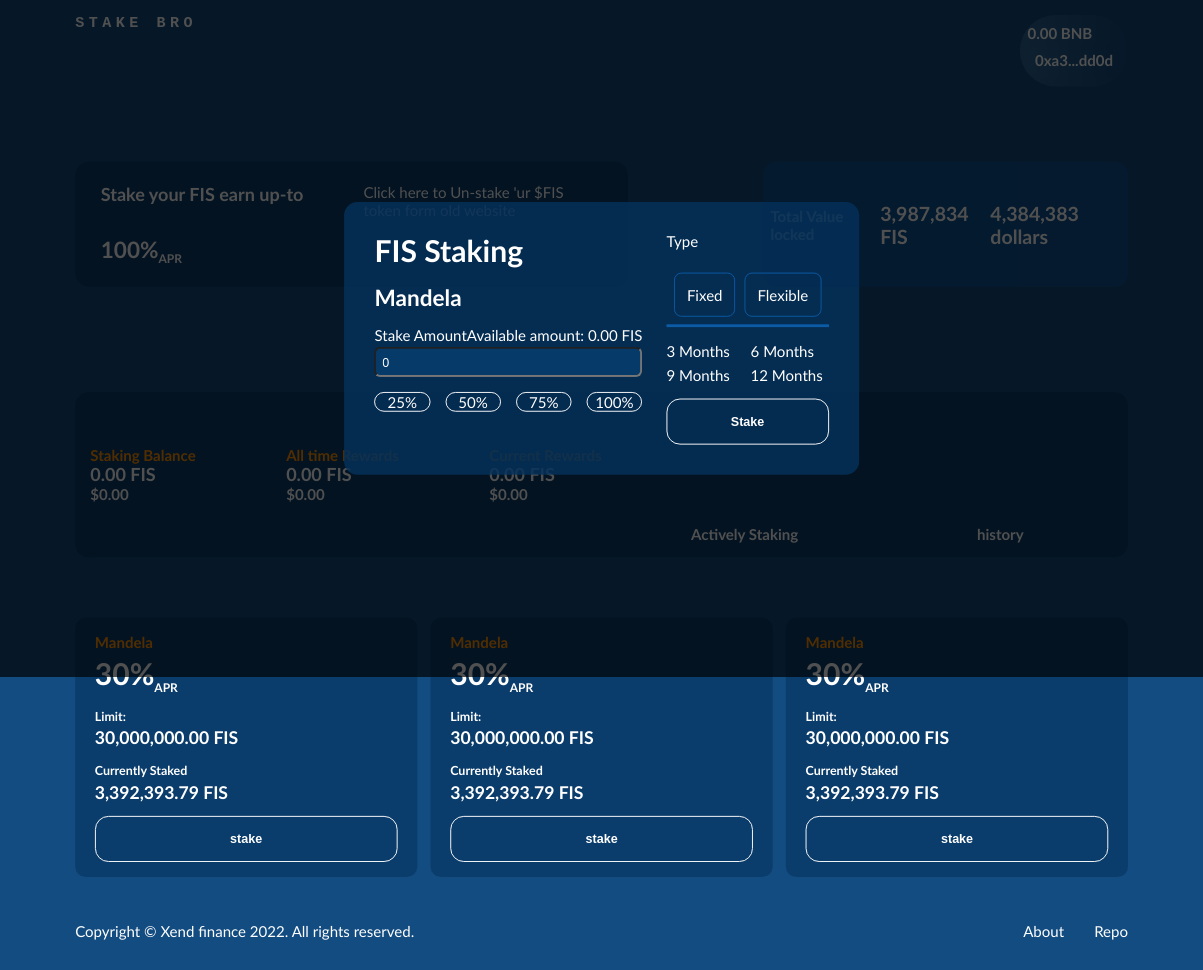
Repository: NorVirae/Stake
Page: /, after clicking the first element matching `button.stake-button`
These files come from the project's save history. The page is drawn as it stood at one moment and after the next save; the edit follows.
The browser window is 1280 px wide. The pictures show the whole page, at 94% of full size.
The project was rebuilt for these pictures with package versions that can differ from the ones it lists, and the page was loaded fresh each time.

Above is the page before, as saved 2022-04-18 19:43:12.

After the next save:
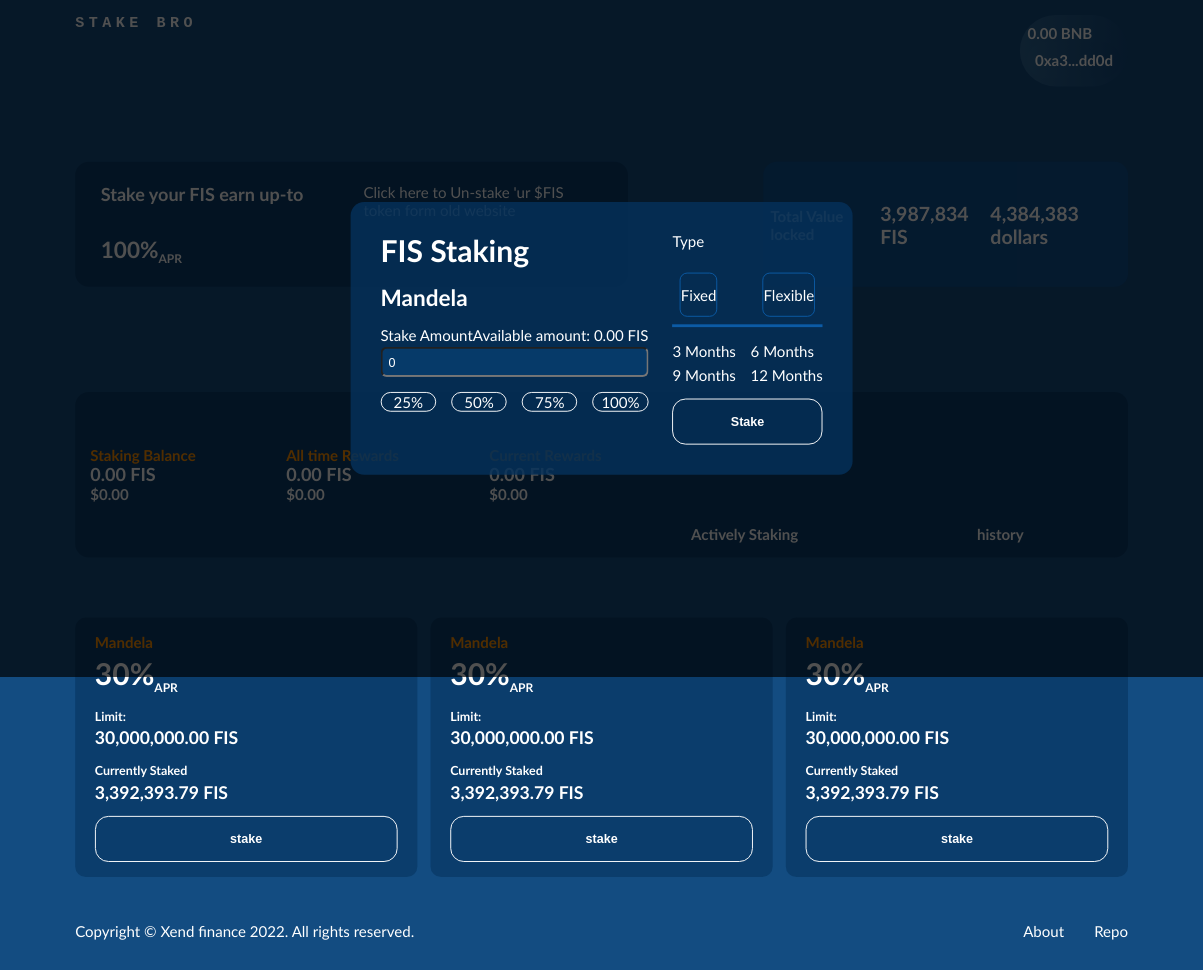
Saved 20 s later.
--- a/src/styles/app.css
+++ b/src/styles/app.css
@@ -370,7 +370,7 @@
 
 .btn-type {
     border: .1px solid #0c5ba5;
-    padding: .8rem;
+    padding: .8rem 0;
     border-radius: .5rem;
 }
 

After the save that followed:
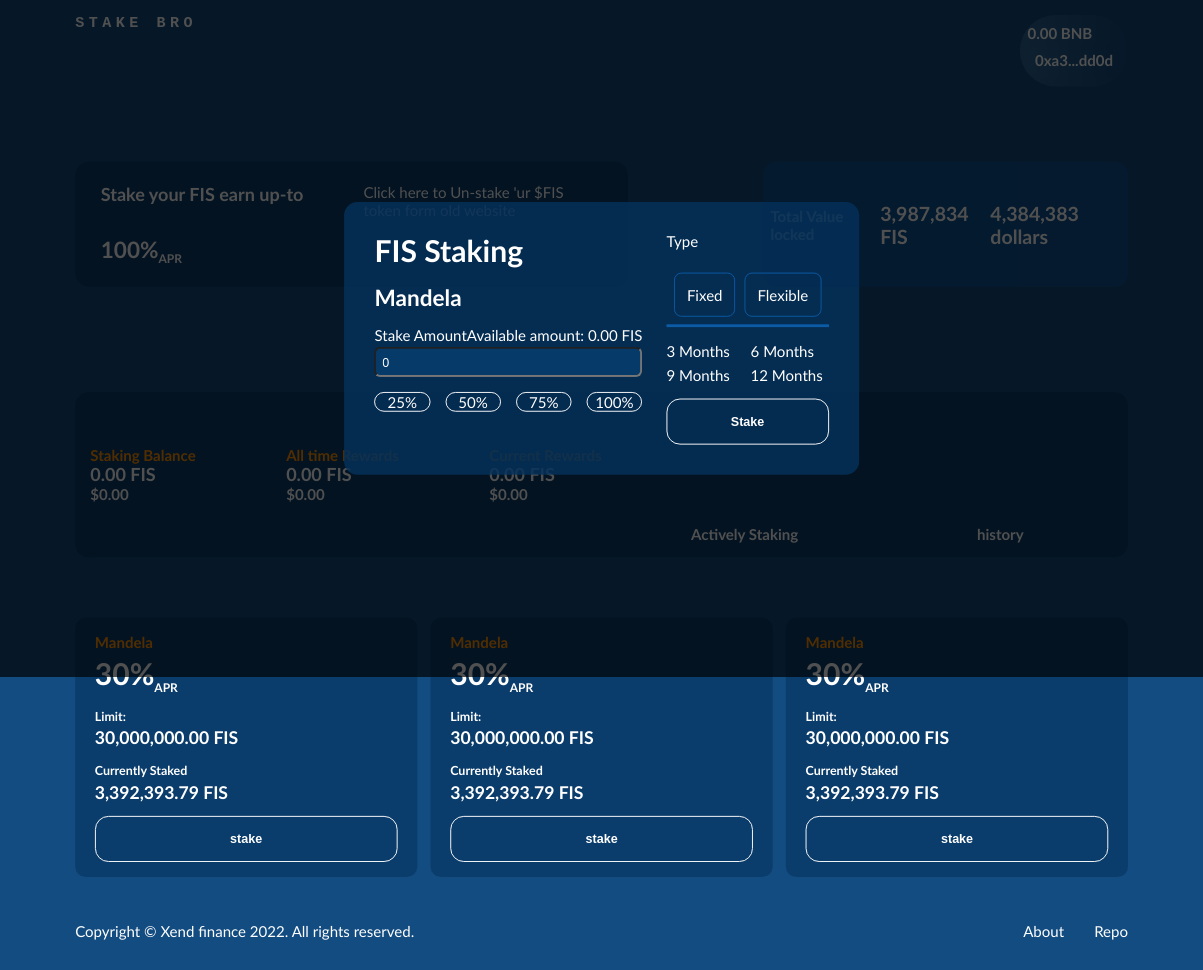
Saved 8 s later.
--- a/src/styles/app.css
+++ b/src/styles/app.css
@@ -370,7 +370,7 @@
 
 .btn-type {
     border: .1px solid #0c5ba5;
-    padding: .8rem 0;
+    padding: .8rem;
     border-radius: .5rem;
 }
 
